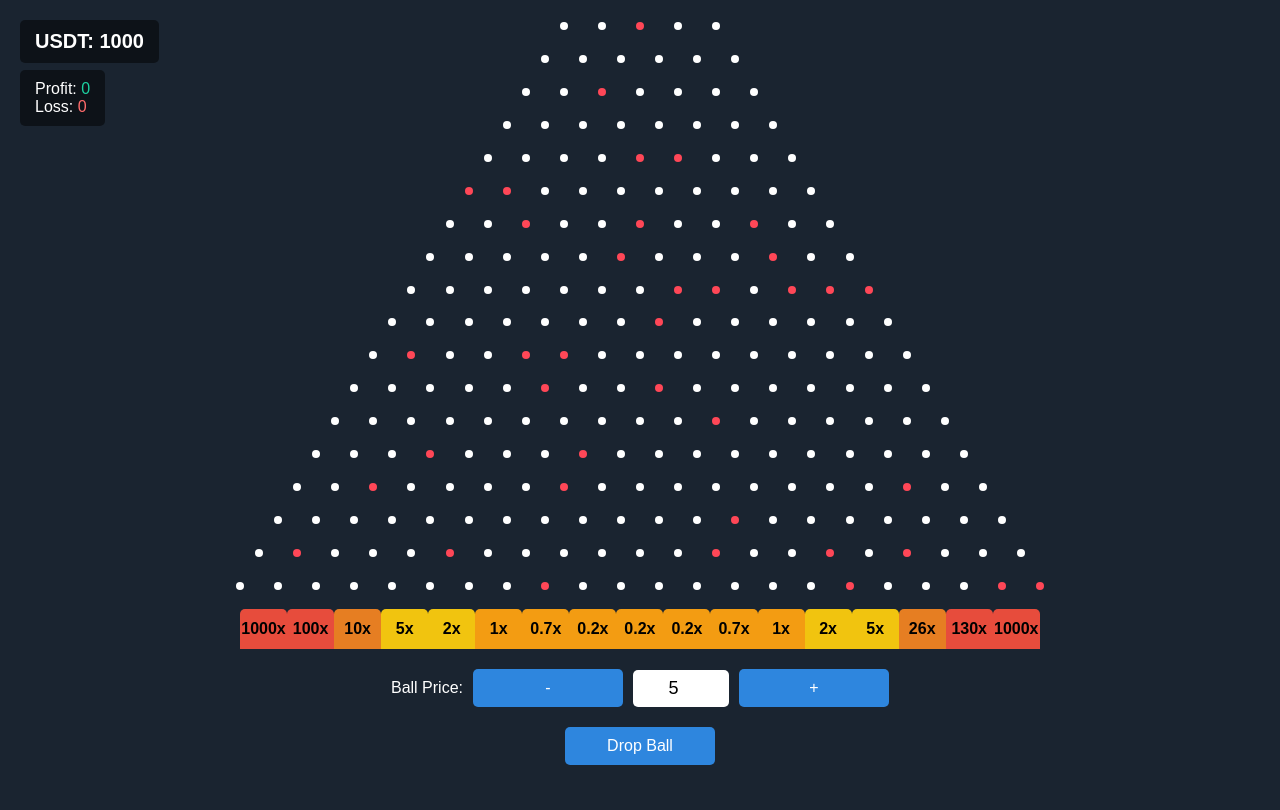
Repository: daffa-alif/PLINKO-JS
Page: index.html
An editor plug-in stored every save of this project. The page is shown before and after the next save, followed by the edit.
The browser window is 1280 px wide. The pictures show the whole page.

Above is the page before, as saved 2025-03-07 09:26:12.

### index.html
<!DOCTYPE html>
<html lang="en">
<head>
    <meta charset="UTF-8">
    <meta name="viewport" content="width=device-width, initial-scale=1.0">
    <title>Plinko Game</title>
    <style>
        body {
            background-color: #1a2430;
            font-family: Arial, sans-serif;
            display: flex;
            justify-content: center;
            align-items: center;
            height: 100vh;
            margin: 0;
            color: white;
            overflow: hidden;
        }

        .container {
            position: relative;
            width: 600px;
            height: 900px; /* Increased from 700px to 900px */
            display: flex;
            flex-direction: column;
            align-items: center;
        }

        .plinko-board {
            position: relative;
            width: 500px;
            height: 800px; /* Increased from 600px to 800px */
        }

        .peg {
            position: absolute;
            width: 8px;
            height: 8px;
            background-color: white;
            border-radius: 50%;
            transform: translate(-50%, -50%);
        }

        .highlight-peg {
            background-color: #ff4757;
        }

        .ball {
            position: absolute;
            width: 16px;
            height: 16px;
            background-color: #ff6b81;
            border-radius: 50%;
            z-index: 10;
            transform: translate(-50%, -50%);
        }

        .buckets {
            display: flex;
            width: 100%;
            justify-content: space-between;
            position: absolute;
            bottom: 0;
        }

        .bucket {
            width: 55px;
            height: 40px;
            display: flex;
            justify-content: center;
            align-items: center;
            font-weight: bold;
            color: black;
            border-top-left-radius: 5px;
            border-top-right-radius: 5px;
        }

        .controls {
            margin-top: 20px;
            display: flex;
            flex-direction: column;
            align-items: center;
            gap: 10px;
            width: 100%;
        }

        button {
            padding: 10px 20px;
            font-size: 16px;
            border: none;
            border-radius: 5px;
            background-color: #2e86de;
            color: white;
            cursor: pointer;
            width: 150px;
        }

        button:hover {
            background-color: #54a0ff;
        }

        button:disabled {
            background-color: #7f8c8d;
            cursor: not-allowed;
        }

        .balance {
            position: absolute;
            top: 20px;
            left: 20px;
            font-size: 20px;
            font-weight: bold;
            background-color: rgba(0, 0, 0, 0.5);
            padding: 10px 15px;
            border-radius: 5px;
            z-index: 100;
        }

        .statistics {
            position: absolute;
            top: 70px;
            left: 20px;
            font-size: 16px;
            background-color: rgba(0, 0, 0, 0.5);
            padding: 10px 15px;
            border-radius: 5px;
            z-index: 100;
        }

        .profit {
            color: #1dd1a1;
        }

        .loss {
            color: #ff6b6b;
        }

        .price-controls {
            display: flex;
            align-items: center;
            gap: 10px;
            margin-bottom: 10px;
        }

        input {
            padding: 8px;
            width: 80px;
            text-align: center;
            font-size: 18px;
            border-radius: 5px;
            border: none;
        }

        .results {
            margin-top: 10px;
            font-size: 18px;
            color: #1dd1a1;
            height: 25px;
        }

        .falling-ball-animation {
            display: block;
            position: absolute;
            top: 0;
            left: 50%;
            transform: translateX(-50%);
            width: 16px;
            height: 16px;
            background-color: #ff6b81;
            border-radius: 50%;
            z-index: 11;
            animation: fallAnimation 1s ease-in;
        }

        @keyframes fallAnimation {
            0% {
                top: -20px;
            }
            100% {
                top: 20px;
            }
        }
    </style>
</head>
<body>

<div class="">
<div class="nav">

</div>
    <div>

        <div>
            <div class="balance">USDT: <span id="balance">1000</span></div>
    <div class="statistics">
        Profit: <span id="profit" class="profit">0</span><br>
        Loss: <span id="loss" class="loss">0</span>
    </div>
</div>

    <div class="container">
        <div class="plinko-board" id="plinkoBoard"></div>
        <div class="controls">
            <div class="price-controls">
                <span>Ball Price:</span>
                <button id="decreasePrice">-</button>
                <input type="number" id="ballPrice" value="5" min="5" max="1000">
                <button id="increasePrice">+</button>
            </div>
            <button id="dropButton">Drop Ball</button>
            <div class="results" id="results"></div>
        </div>
    </div>

</div>
</div>
<script src="script.js"></script>
</body>
</html>

### script.js
// Game configuration
const config = {
    rows: 20,                // Increased from 16 to 20 rows for taller board
    pegsStartCount: 3,       // Start with 3 pegs at the top row
    ballSpeed: 0.5,
    gravity: 0.15,
    friction: 0.99,
    pegInfluence: 0.6,
    maxActiveBalls: 10,
    // Updated multipliers to match the image exactly
    multipliers: [1000, 100, 10, 5, 2, 1, 0.7, 0.2, 0.2, 0.2, 0.7, 1, 2, 5, 26, 130, 1000],
    horizontalSpacingFactor: 1.6
};

let balance = 1000;
let totalProfit = 0;
let totalLoss = 0;
let ballPrice = 30;
let activeBalls = [];
let pegLayout = [];

// Initialize the board
function initializeBoard() {
    const board = document.getElementById('plinkoBoard');
    const boardWidth = board.clientWidth;
    const boardHeight = board.clientHeight;

    // Calculate peg spacing for the wider triangular pattern
    const horizontalSpacing = (boardWidth / (config.rows + 1)) * config.horizontalSpacingFactor;
    const verticalSpacing = (boardHeight - 80) / (config.rows);

    // Create pegs in a triangular pattern with progressive row lengths
    for (let row = 0; row < config.rows; row++) {
        // Calculate number of pegs in this row (increase by 1 for each row, starting with config.pegsStartCount)
        const pegsInRow = config.pegsStartCount + row;

        // Calculate the starting position for the first peg in the row
        const rowStartX = boardWidth / 2 - (horizontalSpacing * (pegsInRow - 1)) / 2;

        for (let col = 0; col < pegsInRow; col++) {
            const peg = document.createElement('div');
            peg.className = 'peg';

            // Add some highlight pegs (red pegs)
            if (Math.random() < 0.2) {
                peg.classList.add('highlight-peg');
            }

            // Calculate position for evenly distributed pegs
            const offsetX = rowStartX + col * horizontalSpacing;
            const offsetY = verticalSpacing * row + 50;

            peg.style.left = `${offsetX}px`;
            peg.style.top = `${offsetY}px`;

            board.appendChild(peg);

            // Store peg position for collision detection
            pegLayout.push({
                x: offsetX,
                y: offsetY,
                highlight: peg.classList.contains('highlight-peg'),
                element: peg
            });
        }
    }

    // Create buckets - FIXED VERSION
    const buckets = document.createElement('div');
    buckets.className = 'buckets';

    // Get the last row of pegs to align buckets with
    const lastRowPegs = pegLayout.slice(-config.pegsStartCount - config.rows + 1);
    const leftmostPeg = lastRowPegs[0].x;
    const rightmostPeg = lastRowPegs[lastRowPegs.length - 1].x;
    const bucketAreaWidth = rightmostPeg - leftmostPeg;

    // Define colors for buckets based on multipliers
    const getColorForMultiplier = (multiplier) => {
        if (multiplier >= 100) return '#e74c3c';      // Red for highest multipliers
        if (multiplier >= 10) return '#e67e22';       // Orange for high multipliers
        if (multiplier >= 2) return '#f1c40f';        // Yellow for medium multipliers
        return '#f39c12';                             // Gold for low multipliers
    };

    // Set the buckets container width to match the width of the last row of pegs
    buckets.style.width = `${bucketAreaWidth}px`;
    buckets.style.left = `${leftmostPeg}px`;
    buckets.style.position = 'absolute';

    // Add bucket divs to match the multipliers
    const multiplierCount = config.multipliers.length;
    const bucketWidth = bucketAreaWidth / multiplierCount;

    for (let i = 0; i < multiplierCount; i++) {
        const bucket = document.createElement('div');
        bucket.className = 'bucket';
        bucket.style.backgroundColor = getColorForMultiplier(config.multipliers[i]);
        bucket.textContent = `${config.multipliers[i]}x`;
        bucket.style.width = `${bucketWidth}px`;
        buckets.appendChild(bucket);
    }

    board.appendChild(buckets);
}

// Create a falling ball animation
function showBallDropAnimation() {
    return new Promise(resolve => {
        const board = document.getElementById('plinkoBoard');
        const fallingBall = document.createElement('div');
        fallingBall.className = 'falling-ball-animation';
        board.appendChild(fallingBall);

        setTimeout(() => {
            fallingBall.remove();
            resolve();
        }, 500);
    });
}

// Create a ball and start animation
async function dropBall() {
    const currentBallPrice = parseInt(document.getElementById('ballPrice').value);
    if (balance < currentBallPrice) {
        document.getElementById('results').textContent = "Not enough balance!";
        setTimeout(() => {
            document.getElementById('results').textContent = "";
        }, 2000);
        return;
    }

    // Check if we've reached the maximum number of active balls
    if (activeBalls.length >= config.maxActiveBalls) {
        document.getElementById('results').textContent = "Too many balls in play!";
        setTimeout(() => {
            document.getElementById('results').textContent = "";
        }, 2000);
        return;
    }

    // Deduct ball price from balance
    balance -= currentBallPrice;
    document.getElementById('balance').textContent = balance;

    // Show the ball drop animation
    await showBallDropAnimation();

    const board = document.getElementById('plinkoBoard');
    const boardWidth = board.clientWidth;

    // Ball starts at the top center of the board
    const ball = document.createElement('div');
    ball.className = 'ball';
    ball.style.left = `${boardWidth / 2}px`;
    ball.style.top = '20px';
    board.appendChild(ball);

    // Create a new ball object
    const newBall = {
        element: ball,
        id: Date.now(),
        x: boardWidth / 2,
        y: 20,
        vx: (Math.random() - 0.5) * 0.5,
        vy: 1,
        radius: 8,
        price: currentBallPrice
    };

    // Add ball to active balls array
    activeBalls.push(newBall);

    // Start animation if it's not already running
    if (activeBalls.length === 1) {
        requestAnimationFrame(animateAllBalls);
    }
}

// Animate all active balls
function animateAllBalls(timestamp) {
    if (activeBalls.length === 0) return;

    const board = document.getElementById('plinkoBoard');
    const boardWidth = board.clientWidth;
    const boardHeight = board.clientHeight;

    // Get bucket positions for collision detection - FIXED VERSION
    const buckets = document.querySelector('.buckets');
    const bucketsRect = buckets.getBoundingClientRect();
    const boardRect = board.getBoundingClientRect();

    const bucketsLeft = bucketsRect.left - boardRect.left;
    const bucketsWidth = bucketsRect.width;
    const bucketCount = config.multipliers.length;
    const bucketWidth = bucketsWidth / bucketCount;

    // Process each active ball
    for (let i = activeBalls.length - 1; i >= 0; i--) {
        const ball = activeBalls[i];

        // Apply gravity
        ball.vy += config.gravity;

        // Apply friction
        ball.vx *= config.friction;
        ball.vy *= config.friction;

        // Update position
        ball.x += ball.vx;
        ball.y += ball.vy;

        // Collision with side walls
        if (ball.x - ball.radius < 0) {
            ball.x = ball.radius;
            ball.vx = -ball.vx * 0.5;
        } else if (ball.x + ball.radius > boardWidth) {
            ball.x = boardWidth - ball.radius;
            ball.vx = -ball.vx * 0.5;
        }

        // Collision with pegs
        for (const peg of pegLayout) {
            const dx = ball.x - peg.x;
            const dy = ball.y - peg.y;
            const distance = Math.sqrt(dx * dx + dy * dy);

            if (distance < ball.radius + 6) {
                // Calculate the angle of collision
                const angle = Math.atan2(dy, dx);

                // Move the ball outside of the peg
                const newX = peg.x + (ball.radius + 6) * Math.cos(angle);
                const newY = peg.y + (ball.radius + 6) * Math.sin(angle);

                ball.x = newX;
                ball.y = newY;

                // Add randomness to the bounce but with a slight bias toward outer edges
                let randomness = (Math.random() * 2 - 1) * config.pegInfluence;

                // Very subtle bias toward edges
                if (ball.x < boardWidth * 0.3) {
                    randomness -= 0.05; // Slight bias leftward
                } else if (ball.x > boardWidth * 0.7) {
                    randomness += 0.05; // Slight bias rightward
                }

                // Update velocity with a bounce effect and randomness
                const speed = Math.sqrt(ball.vx * ball.vx + ball.vy * ball.vy);
                ball.vx = Math.cos(angle + randomness) * speed;
                ball.vy = Math.sin(Math.abs(angle + randomness)) * speed; // Keep ball moving downward

                // Highlight the peg temporarily
                peg.element.style.backgroundColor = '#ffdd59';
                setTimeout(() => {
                    peg.element.style.backgroundColor = peg.highlight ? '#ff4757' : 'white';
                }, 100);
            }
        }

        // Check if ball reached bucket level
        if (ball.y > boardHeight - 60) {
            // Calculate which bucket the ball fell into based on the fixed buckets position - FIXED VERSION
            let bucketIndex = -1;

            // Check if the ball is within the bucket area
            if (ball.x >= bucketsLeft && ball.x <= bucketsLeft + bucketsWidth) {
                // Calculate the bucket index based on the ball's position relative to the buckets
                bucketIndex = Math.floor((ball.x - bucketsLeft) / bucketWidth);
                bucketIndex = Math.min(bucketIndex, bucketCount - 1);
            } else {
                // If the ball is outside the bucket area, put it in the nearest edge bucket
                bucketIndex = ball.x < bucketsLeft ? 0 : bucketCount - 1;
            }

            // Apply multiplier to the bet
            const multiplier = config.multipliers[bucketIndex];
            const winAmount = Math.floor(ball.price * multiplier);
            balance += winAmount;
            document.getElementById('balance').textContent = balance;

            // Update profit/loss statistics
            if (winAmount > ball.price) {
                const profit = winAmount - ball.price;
                totalProfit += profit;
                document.getElementById('profit').textContent = totalProfit;
            } else if (winAmount < ball.price) {
                const loss = ball.price - winAmount;
                totalLoss += loss;
                document.getElementById('loss').textContent = totalLoss;
            }

            // Display result message
            const resultElement = document.getElementById('results');
            if (winAmount > ball.price) {
                resultElement.textContent = `You won ${winAmount} USDT!`;
                resultElement.style.color = '#1dd1a1';
            } else if (winAmount < ball.price) {
                resultElement.textContent = `You lost ${ball.price - winAmount} USDT`;
                resultElement.style.color = '#ff6b6b';
            } else {
                resultElement.textContent = `You broke even!`;
                resultElement.style.color = '#f7d794';
            }

            // Highlight the winning bucket
            const bucketElements = document.querySelectorAll('.bucket');
            bucketElements[bucketIndex].style.transform = 'translateY(-5px)';
            setTimeout(() => {
                bucketElements[bucketIndex].style.transform = 'translateY(0)';
            }, 300);

            // Remove ball from DOM
            ball.element.remove();

            // Remove ball from active balls array
            activeBalls.splice(i, 1);
        }

        // Update ball position in DOM
        ball.element.style.left = `${ball.x}px`;
        ball.element.style.top = `${ball.y}px`;
    }

    // Continue animation if there are still active balls
    if (activeBalls.length > 0) {
        requestAnimationFrame(animateAllBalls);
    }
}

// Initialize the game
window.addEventListener('DOMContentLoaded', () => {
    initializeBoard();

    // Update balance display
    document.getElementById('balance').textContent = balance;

    // Add event listener for the drop button
    document.getElementById('dropButton').addEventListener('click', () => {
        dropBall();
    });

    // Add event listeners for ball price adjustment
    document.getElementById('decreasePrice').addEventListener('click', () => {
        const priceInput = document.getElementById('ballPrice');
        let currentPrice = parseInt(priceInput.value);
        if (currentPrice > 5) {
            priceInput.value = currentPrice - 5;
        }
    });

    document.getElementById('increasePrice').addEventListener('click', () => {
        const priceInput = document.getElementById('ballPrice');
        let currentPrice = parseInt(priceInput.value);
        if (currentPrice < 1000) {
            priceInput.value = currentPrice + 5;
        }
    });

    // Ensure ball price is valid
    document.getElementById('ballPrice').addEventListener('change', (e) => {
        let value = parseInt(e.target.value);
        if (isNaN(value) || value < 5) {
            e.target.value = 5;
        } else if (value > 1000) {
            e.target.value = 1000;
        }
    });
});

After the next save:
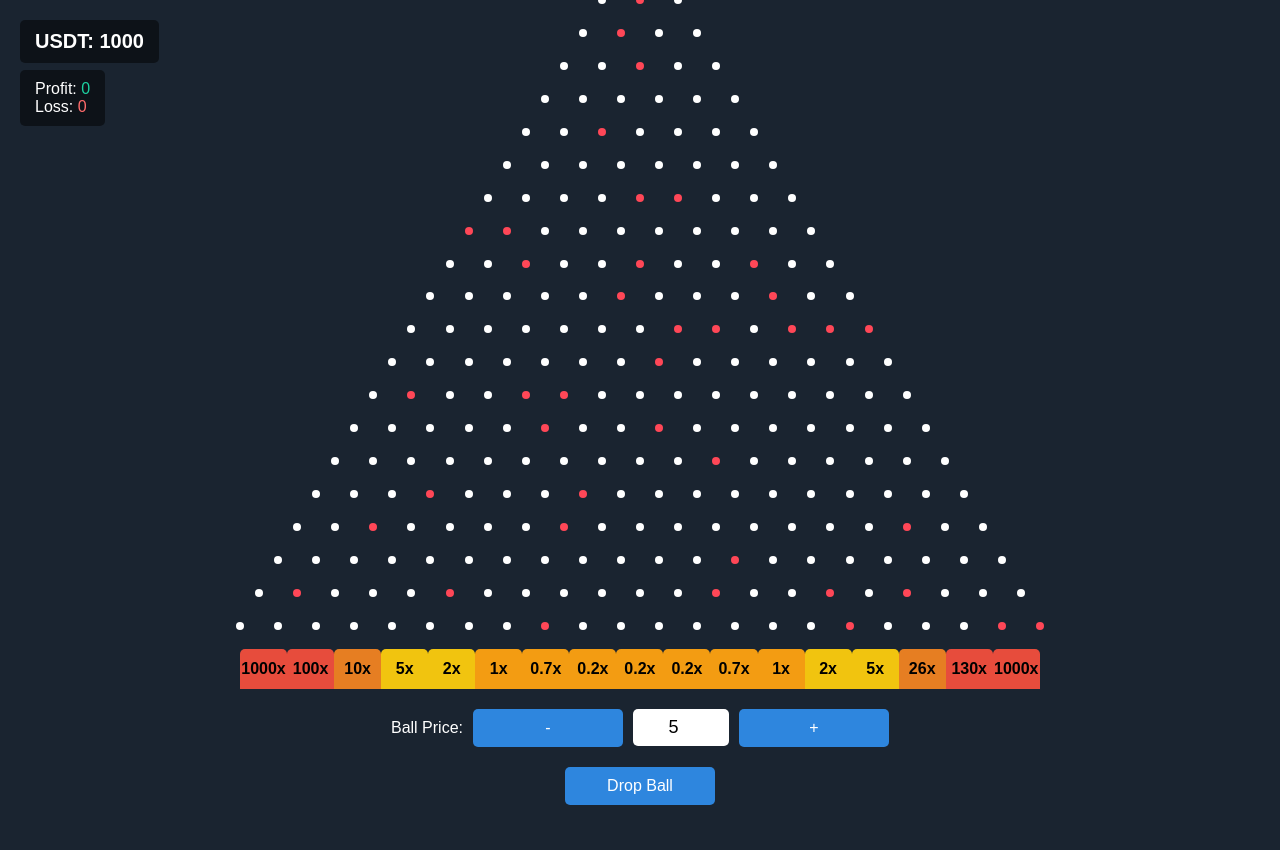
Saved 13 s later.
--- a/index.html
+++ b/index.html
@@ -186,7 +186,7 @@
 
 <div class="">
 <div class="nav">
-
+    <h1>welcome to plinko</h1>
 </div>
     <div>
 
